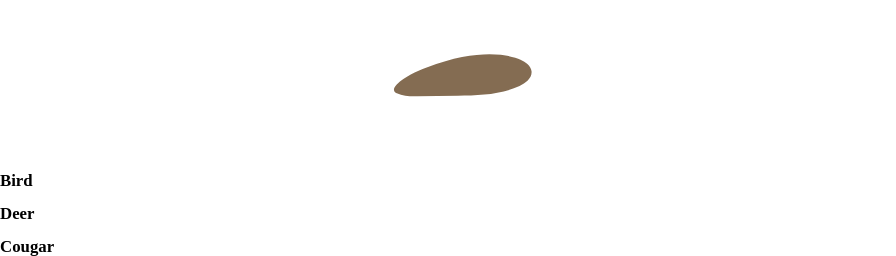
Repository: sebastiann88/svg-animals
Page: index.html
The author's editor kept a copy of each file at every save. The page is drawn from the files as they stood at one save, then again after the next save.
The browser window is 1280 px wide. The pictures show the part of the page from y = 1791 to 3711 px (the page is 2157 px tall before and 4176 px after), at 70% of full size.

Above is the page before, as saved 2024-09-05 02:06:57.

After the next save:
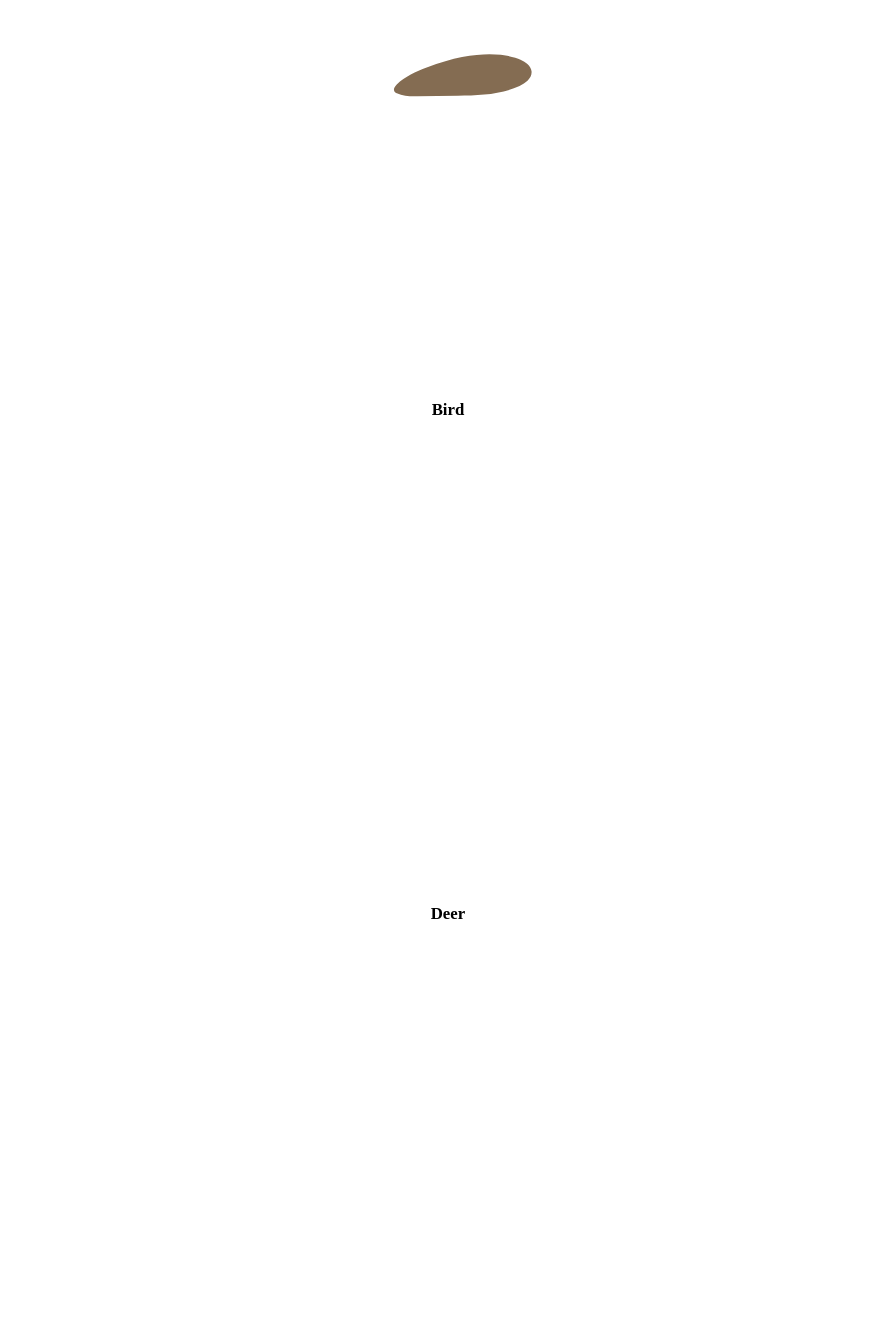
Saved 85 s later.
--- a/css/style.css
+++ b/css/style.css
@@ -16,3 +16,9 @@ svg {
 	height: 90%;
 	padding-top: 12%;
 }
+
+section {
+	height: 100vh;
+	display: grid;
+	place-content: center;
+}

After the save that followed:
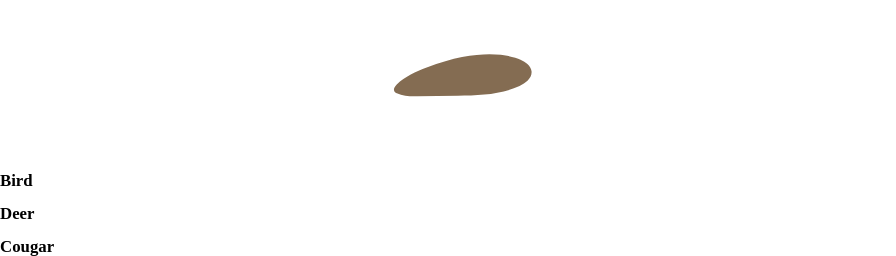
Saved 48 s later.
--- a/css/style.css
+++ b/css/style.css
@@ -16,9 +16,3 @@ svg {
 	height: 90%;
 	padding-top: 12%;
 }
-
-section {
-	height: 100vh;
-	display: grid;
-	place-content: center;
-}
